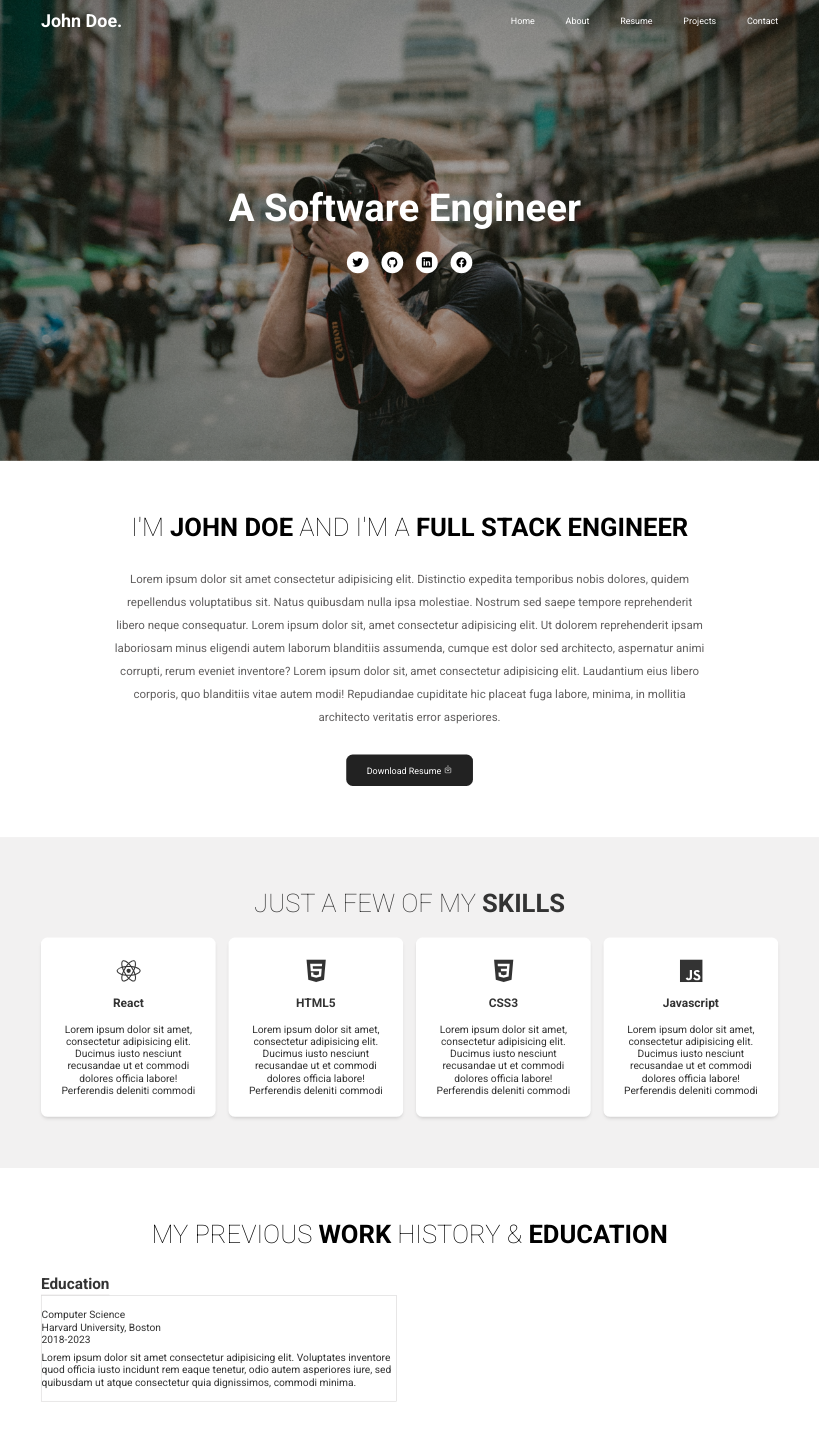
Repository: DevAntonioRogers/portfolio-tutorial
Page: index.html
These files come from the project's save history. The page is drawn as it stood at one moment and after the next save; the edit follows.
The browser window is 1280 px wide. The pictures show the whole page, at 64% of full size.
Backgrounds fixed to the window are drawn as part of the page.

Above is the page before, as saved 2023-11-01 07:20:59.

After the next save:
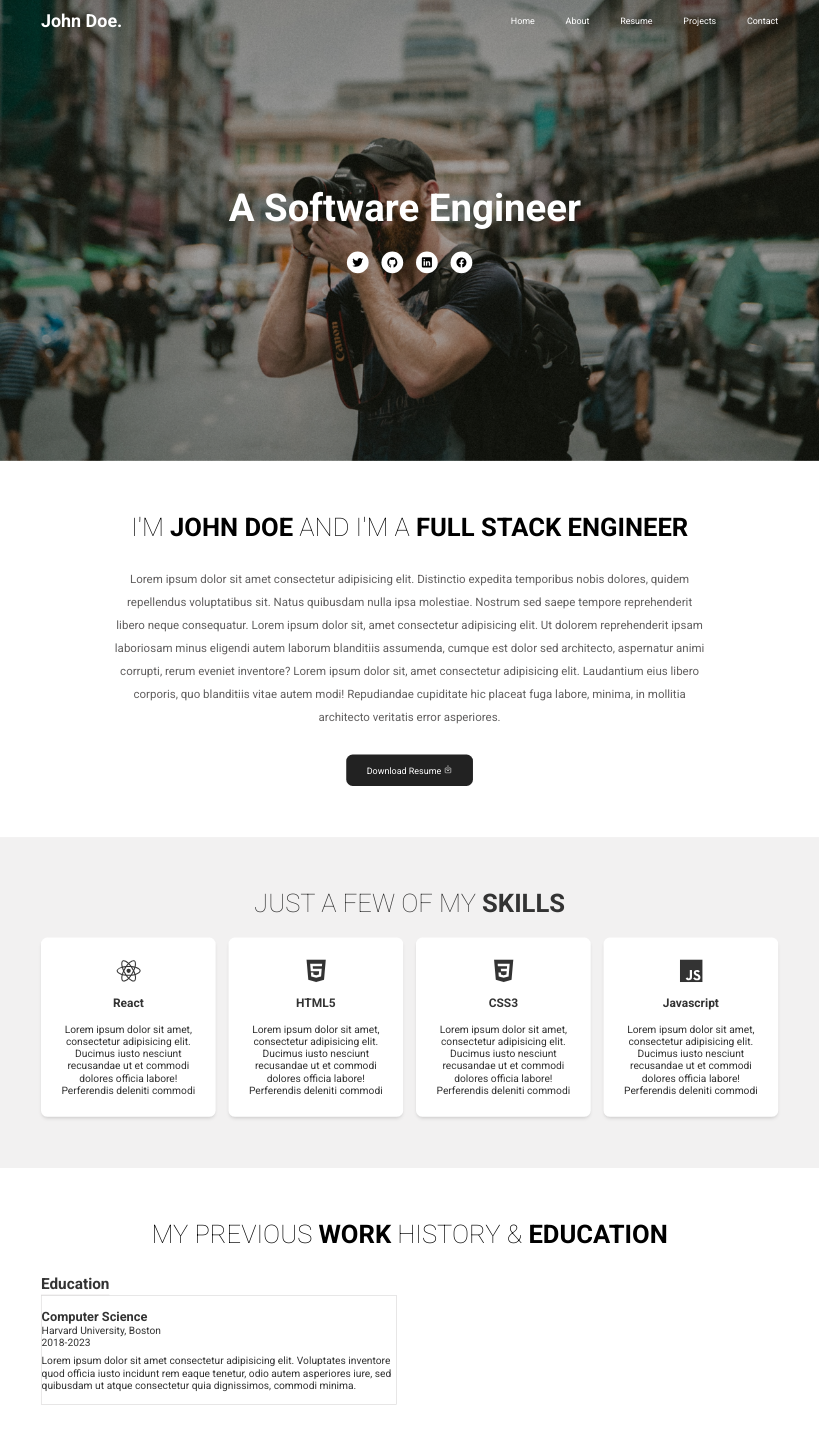
Saved 31 s later.
--- a/styles/resume.css
+++ b/styles/resume.css
@@ -23,4 +23,7 @@
   color: #333;
 }
 
-.card;
+.card-header-info p:nth-child(1) {
+  font-weight: 800;
+  font-size: 20px;
+}
